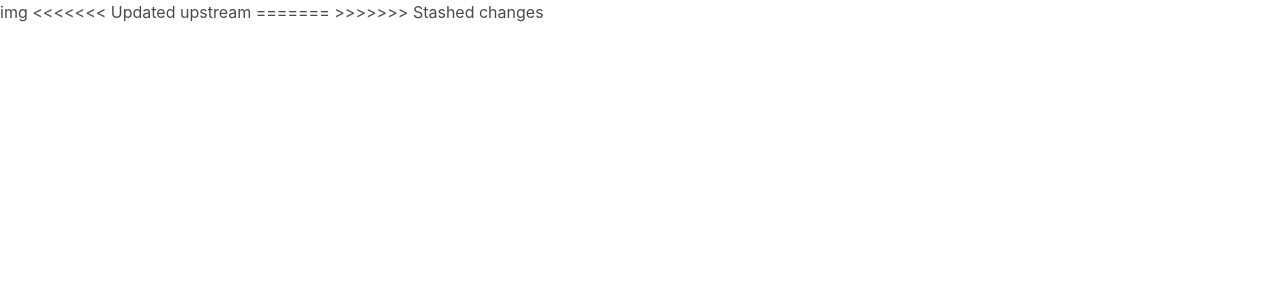
Repository: antellitocci/crypto-arbitrage
Page: index.html
These files come from the project's save history. The page is drawn as it stood at one moment and after the next save; the edit follows.
The browser window is 1280 px wide. The pictures show the whole page.

Above is the page before, as saved 2021-05-21 19:18:32.

After the next save:
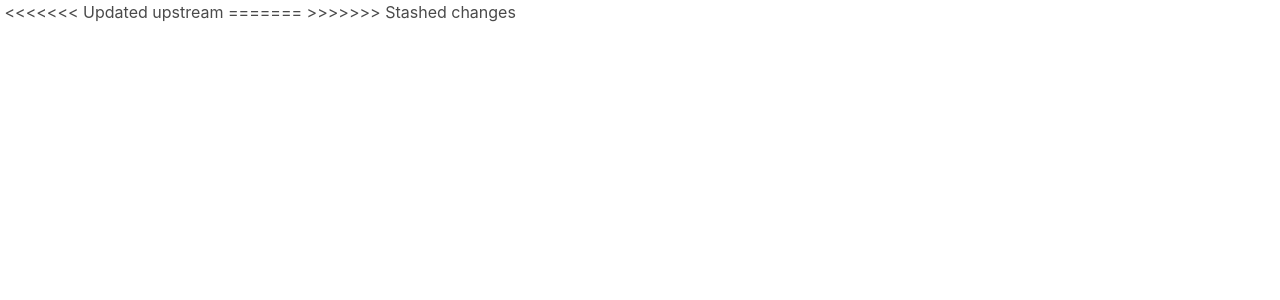
Saved 17 s later.
--- a/index.html
+++ b/index.html
@@ -12,7 +12,7 @@
 </head>
 
 <body>
-    img
+    <img src="" alt="">
 </body>
 
 <<<<<<< Updated upstream <!--Import JQuery-->
